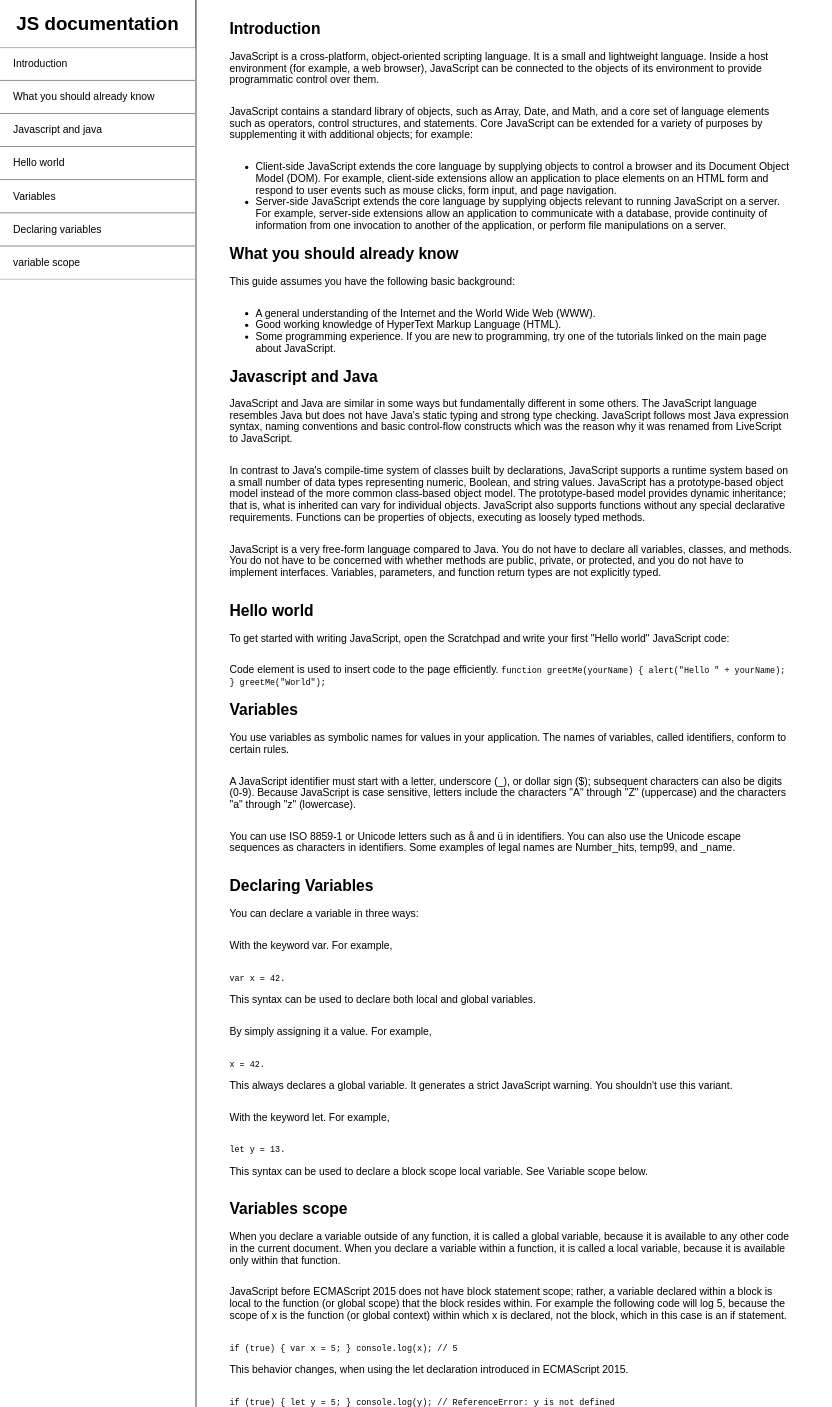
Repository: Pafestivo/Technical-documentation
Page: index.html
These files come from the project's save history. The page is drawn as it stood at one moment and after the next save; the edit follows.
The browser window is 1280 px wide. The pictures show the whole page, at 65% of full size.

Above is the page before, as saved 2022-09-07 13:58:29.

### index.html
<!DOCTYPE html>
<html lang="en">
<head>
    <meta charset="UTF-8">
    <meta name="viewport" content="width=device-width, initial-scale=1.0">
    <link rel="stylesheet" href="styles.css">
    <title>Technical Documentation Page</title>
</head>
<body>
  <nav id="navbar">
    <header>
      <h1>JS documentation</h1>
    </header>
    <ul>
      <li><a id="nav-link" href="#introduction">Introduction</a></li>
      <li><a id="nav-link" href="#what_you_should_already_know">What you should already know</a></li>
      <li><a id="nav-link" href="#javascript_and_Java">Javascript and java</a></li>
      <li><a id="nav-link" href="#hello_world">Hello world</a></li>
      <li><a id="nav-link" href="#variables">Variables</a></li>
      <li><a id="nav-link" href="#declaring_variables">Declaring variables</a></li>
      <li><a id="nav-link" href="#variable_scope">variable scope</a></li>
    </ul>
  </nav>
  <main id="main-doc">
    <section id="introduction" class="main-section">
      <h1>Introduction</h1>

      <p>JavaScript is a cross-platform, object-oriented scripting language. It is a small and lightweight language. Inside a host environment (for example, a web browser), JavaScript can be connected to the objects of its environment to provide programmatic control over them.</p>

      <p>JavaScript contains a standard library of objects, such as Array, Date, and Math, and a core set of language elements such as operators, control structures, and statements. Core JavaScript can be extended for a variety of purposes by supplementing it with additional objects; for example:</p>

      <ul>
        <li>Client-side JavaScript extends the core language by supplying objects to control a browser and its Document Object Model (DOM). For example, client-side extensions allow an application to place elements on an HTML form and respond to user events such as mouse clicks, form input, and page navigation.</li>
        <li>Server-side JavaScript extends the core language by supplying objects relevant to running JavaScript on a server. For example, server-side extensions allow an application to communicate with a database, provide continuity of information from one invocation to another of the application, or perform file manipulations on a server.</li>
      </ul>
    </section>

    <section id="what_you_should_already_know" class="main-section">
        <h1>What you should already know</h1>

        <p>This guide assumes you have the following basic background:</p>

        <ul>
          <li>A general understanding of the Internet and the World Wide Web (WWW).</li>
          <li>Good working knowledge of HyperText Markup Language (HTML).</li>
          <li>Some programming experience. If you are new to programming, try one of the tutorials linked on the main page about JavaScript.</li>
        </ul>
      </section>

      <section id="javascript_and_Java" class="main-section">
        <h1>Javascript and Java</h1>

        <p>JavaScript and Java are similar in some ways but fundamentally different in some others. The JavaScript language resembles Java but does not have Java's static typing and strong type checking. JavaScript follows most Java expression syntax, naming conventions and basic control-flow constructs which was the reason why it was renamed from LiveScript to JavaScript.</p>

        <p>In contrast to Java's compile-time system of classes built by declarations, JavaScript supports a runtime system based on a small number of data types representing numeric, Boolean, and string values. JavaScript has a prototype-based object model instead of the more common class-based object model. The prototype-based model provides dynamic inheritance; that is, what is inherited can vary for individual objects. JavaScript also supports functions without any special declarative requirements. Functions can be properties of objects, executing as loosely typed methods.</p>

        <p>JavaScript is a very free-form language compared to Java. You do not have to declare all variables, classes, and methods. You do not have to be concerned with whether methods are public, private, or protected, and you do not have to implement interfaces. Variables, parameters, and function return types are not explicitly typed.</p>
      </section>

      <section id="hello_world" class="main-section">
        <h1>Hello world</h1>
        <p>To get started with writing JavaScript, open the Scratchpad and write your first "Hello world" JavaScript code:</p>

        Code element is used to insert code to the page efficiently.
        <code>
            function greetMe(yourName) { alert("Hello " + yourName); }
            greetMe("World");
        </code>
      </section>

      <section id="variables" class="main-section">
        <h1>Variables</h1>

        <p>You use variables as symbolic names for values in your application. The names of variables, called identifiers, conform to certain rules.</p>

        <p>A JavaScript identifier must start with a letter, underscore (_), or dollar sign ($); subsequent characters can also be digits (0-9). Because JavaScript is case sensitive, letters include the characters "A" through "Z" (uppercase) and the characters "a" through "z" (lowercase).</p>

        <p>You can use ISO 8859-1 or Unicode letters such as å and ü in identifiers. You can also use the Unicode escape sequences as characters in identifiers. Some examples of legal names are Number_hits, temp99, and _name.</p>
      </section>

      <section id="declaring_variables" class="main-section">
        <h1>Declaring Variables</h1>

        <p>You can declare a variable in three ways:</p>

        <p>With the keyword var. For example,</p>
        <code>
            var x = 42.
        </code>

        <p>This syntax can be used to declare both local and global variables.</p>

        <p>By simply assigning it a value. For example,</p>
        <code>
            x = 42.
        </code>

        <p>This always declares a global variable. It generates a strict JavaScript warning. You shouldn't use this variant.</p>

        <p>With the keyword let. For example,</p>
        <code>
            let y = 13.
        </code>

        <p>This syntax can be used to declare a block scope local variable. See Variable scope below.</p>
      </section>

      <section id="variable_scope" class="main-section">
        <h1>Variables scope</h1>

        <p>When you declare a variable outside of any function, it is called a global variable, because it is available to any other code in the current document. When you declare a variable within a function, it is called a local variable, because it is available only within that function.</p>

        <p>JavaScript before ECMAScript 2015 does not have block statement scope; rather, a variable declared within a block is local to the function (or global scope) that the block resides within. For example the following code will log 5, because the scope of x is the function (or global context) within which x is declared, not the block, which in this case is an if statement.</p>
        <code>
            if (true) { var x = 5; } console.log(x); // 5
        </code>

        <p>This behavior changes, when using the let declaration introduced in ECMAScript 2015.</p>
        <code>
            if (true) { let y = 5; } console.log(y); // ReferenceError: y is
not defined
        </code>
  </main>

</body>
</html>

### styles.css
html {
  box-sizing: border-box;
  scroll-behavior: smooth;
}

body {
  font-family: sans-serif;
  display: flex;
  padding: 0;
  margin: 0;
  min-width: 290px;
}

/* Navigation bar  */
#navbar {
  border-right: solid;
  border-color: rgba(0, 22, 22, 0.4);
  min-width: 300px;
}

#navbar header {
  margin: -1px;
}

#navbar header h1{
  margin: 0;
  padding: 20px;
  font-size: 1.8rem;
  border: 1px solid rgba(0, 22, 22, 0.4);
  text-align: center;
}

#navbar ul {
  list-style: none;
  height: 90%;
  margin: 0;
  padding: 0;
  overflow-y: auto;
  overflow-x: hidden;
}

#navbar ul li {
  margin: -1px;
}

#navbar ul a {
  /* used flex to align the text vertically. */
  display: flex;
  align-items: center;
  text-decoration: none;
  color: #000;
  height: 50px;
  padding-left: 20px;
  border: 1px solid rgba(0, 22, 22, 0.4);
}

#navbar ul a:hover {
  transform: scale(1.01);
  border-color: transparent;
}
/* Navigation bar end  */

/* Main area */
#main-doc {
  padding-top: 10px;
  padding-left: 50px;
  padding-right: 60px;
}

p {
  padding-bottom: 15px;
}
/* Main area end */

After the next save:
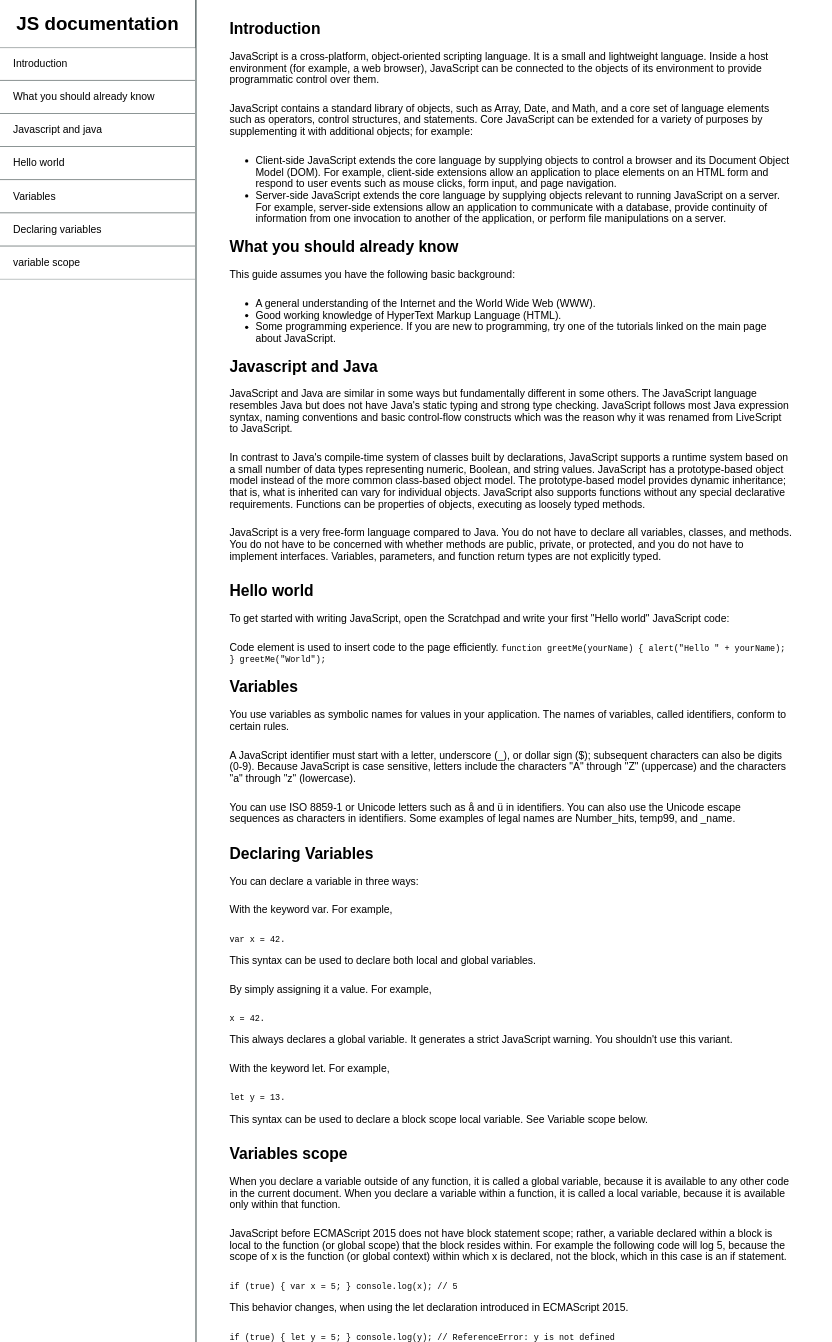
Saved 6 s later.
--- a/styles.css
+++ b/styles.css
@@ -68,6 +68,6 @@ body {
 }
 
 p {
-  padding-bottom: 15px;
+  padding-bottom: 10px;
 }
 /* Main area end */
